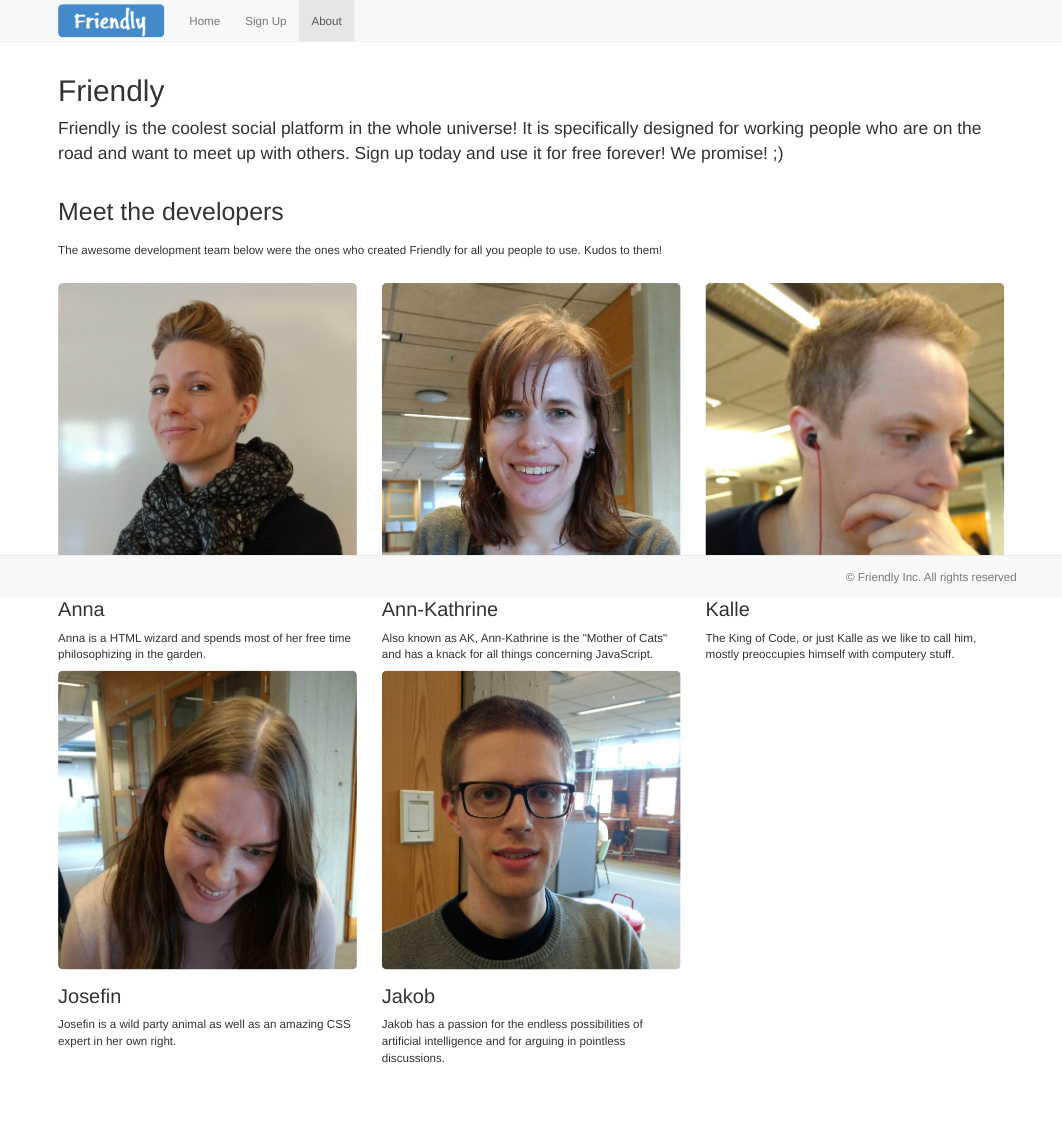
Repository: kristallklart/friendly_java
Page: http://localhost/FriendlyWeb/About.jsp
These files come from the project's save history. The page is drawn as it stood at one moment and after the next save; the edit follows.
The browser window is 1280 px wide. The pictures show the whole page, at 83% of full size.
Some web libraries are served in a nearby version. The page is served by Tomcat 9. Nobody is signed in. The application's start-up code is not run.

Above is the page before, as saved 2017-05-05 08:26:15.

After the next save:
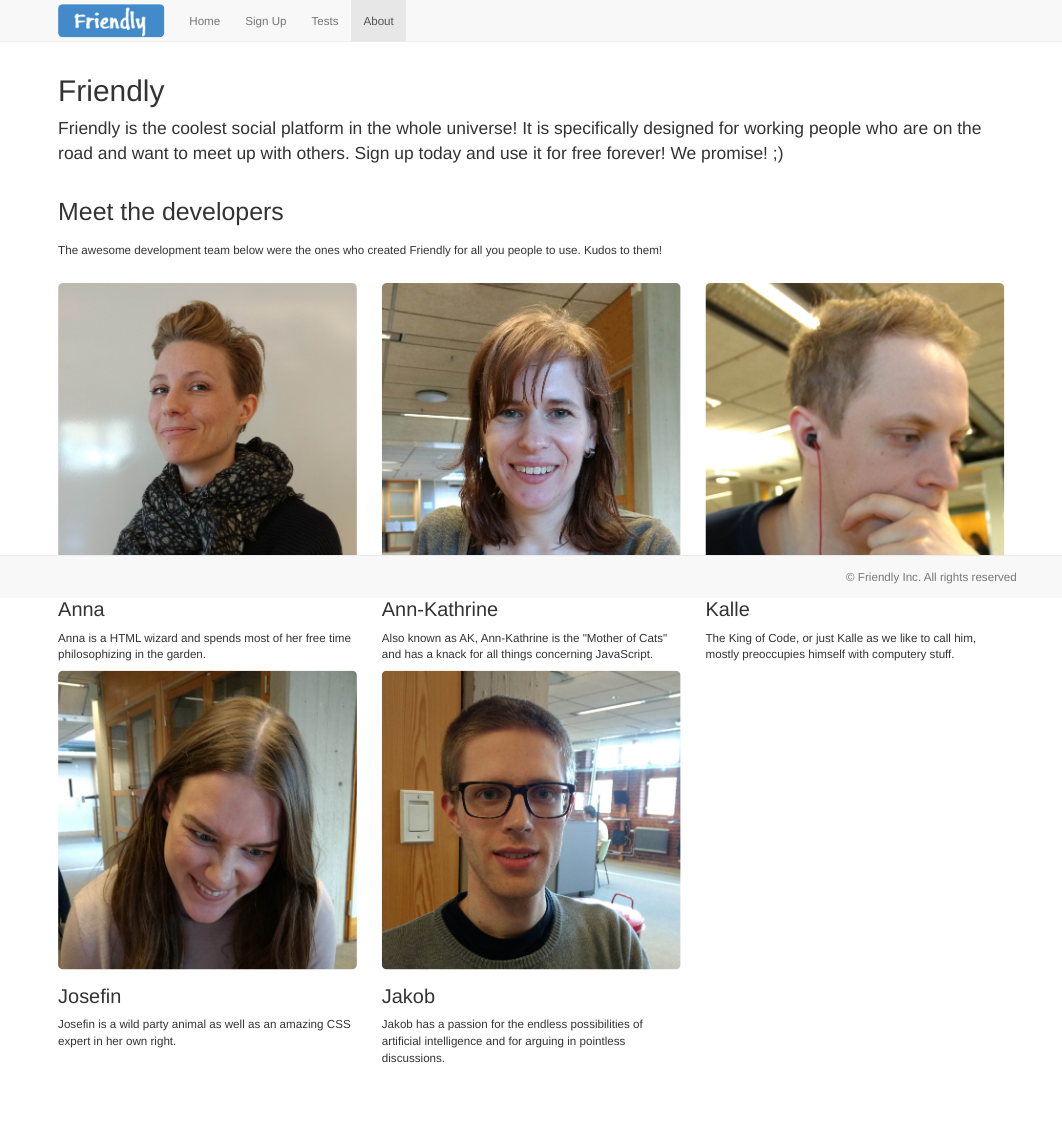
Saved 2 min 3 s later.
--- a/FriendlyWeb/WebContent/About.jsp
+++ b/FriendlyWeb/WebContent/About.jsp
@@ -34,6 +34,7 @@
 				<ul class="nav navbar-nav">
 					<li><a href="/FriendlyWeb/Index.jsp">Home</a></li>
 					<li><a href="/FriendlyWeb/SignUp.jsp">Sign Up </a></li>
+					<li><a href="/FriendlyWeb/Test.jsp">Tests</a></li>
 					<li class="active"><a href="#">About<span class="sr-only">(current)</span></a></li>
 
 				</ul>
